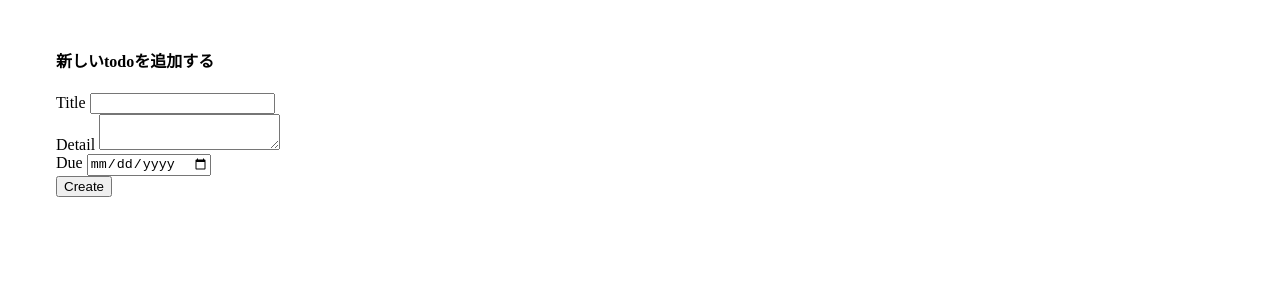
Repository: sgmtg/ToDoList
Page: http://localhost/create
The author's editor kept a record of every edit. The page is drawn from the files as they stood at one moment, then again after the next edit.
The browser window is 1280 px wide. The pictures show the whole page.
The page is served by the project's application, run on Flask 3 (app.py).

Above is the page before.

After the next edit:
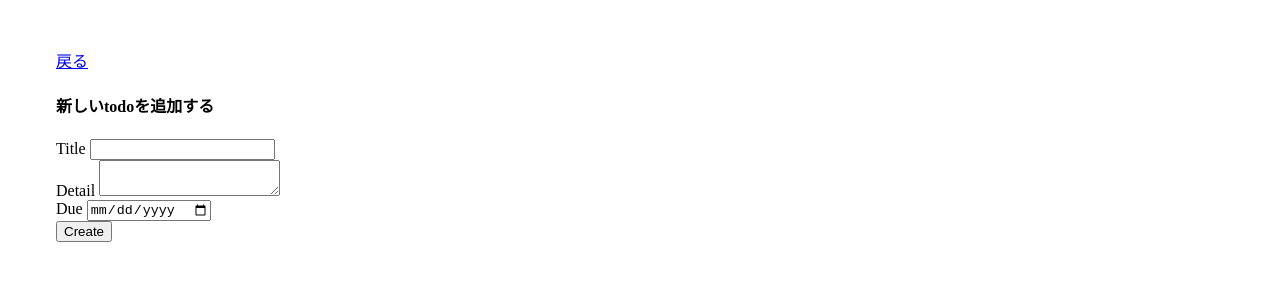
The edit:
--- a/templates/create.html
+++ b/templates/create.html
@@ -6,6 +6,7 @@
 
 
 <div class="card" style="width: 18rem; margin: 3rem;">
+    <a href="/">戻る</a>
   <div class="card-body">
     <h4>新しいtodoを追加する</h4>
     <div class="form">
